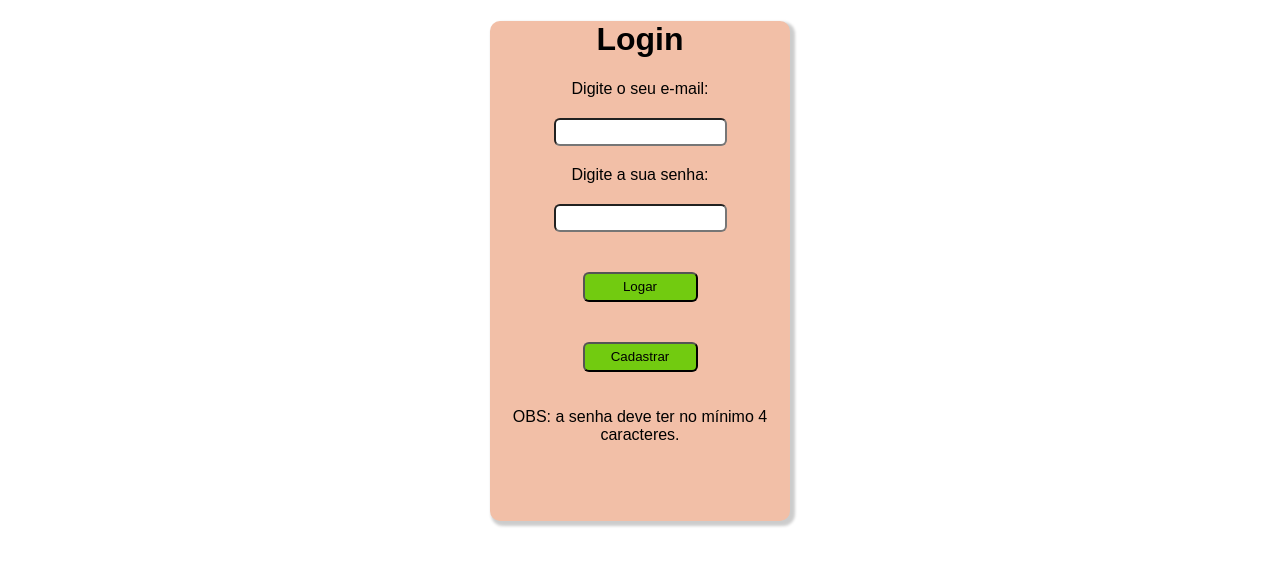
Repository: leviviana21/Java-web-login
Page: http://localhost/conexao_bd/
The author's editor kept a copy of each file at every save. The page is drawn from the files as they stood at one save, then again after the next save.
The browser window is 1280 px wide. The pictures show the whole page.
The page is served by Tomcat 10.

Above is the page before, as saved 2025-06-23 18:54:49.

After the next save:
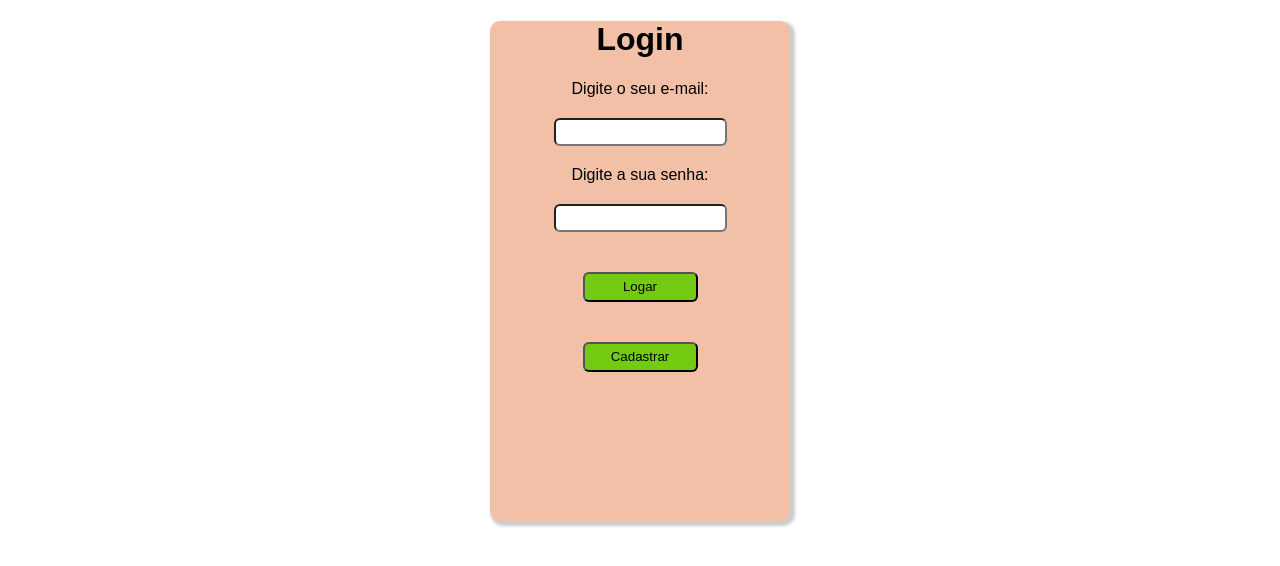
Saved 22 s later.
--- a/conexao_bd/src/main/webapp/index.jsp
+++ b/conexao_bd/src/main/webapp/index.jsp
@@ -20,7 +20,6 @@
         <br>
         <input type="submit" value="Logar" name="botao" class="botao-login">
 		<input type="button" value="Cadastrar" class="botao-login" onclick="window.location.href='dashboard.jsp'">
-        <p>OBS: a senha deve ter no mínimo 4 caracteres.</p>
 
         <%
 			if(request.getAttribute("error") != null){
